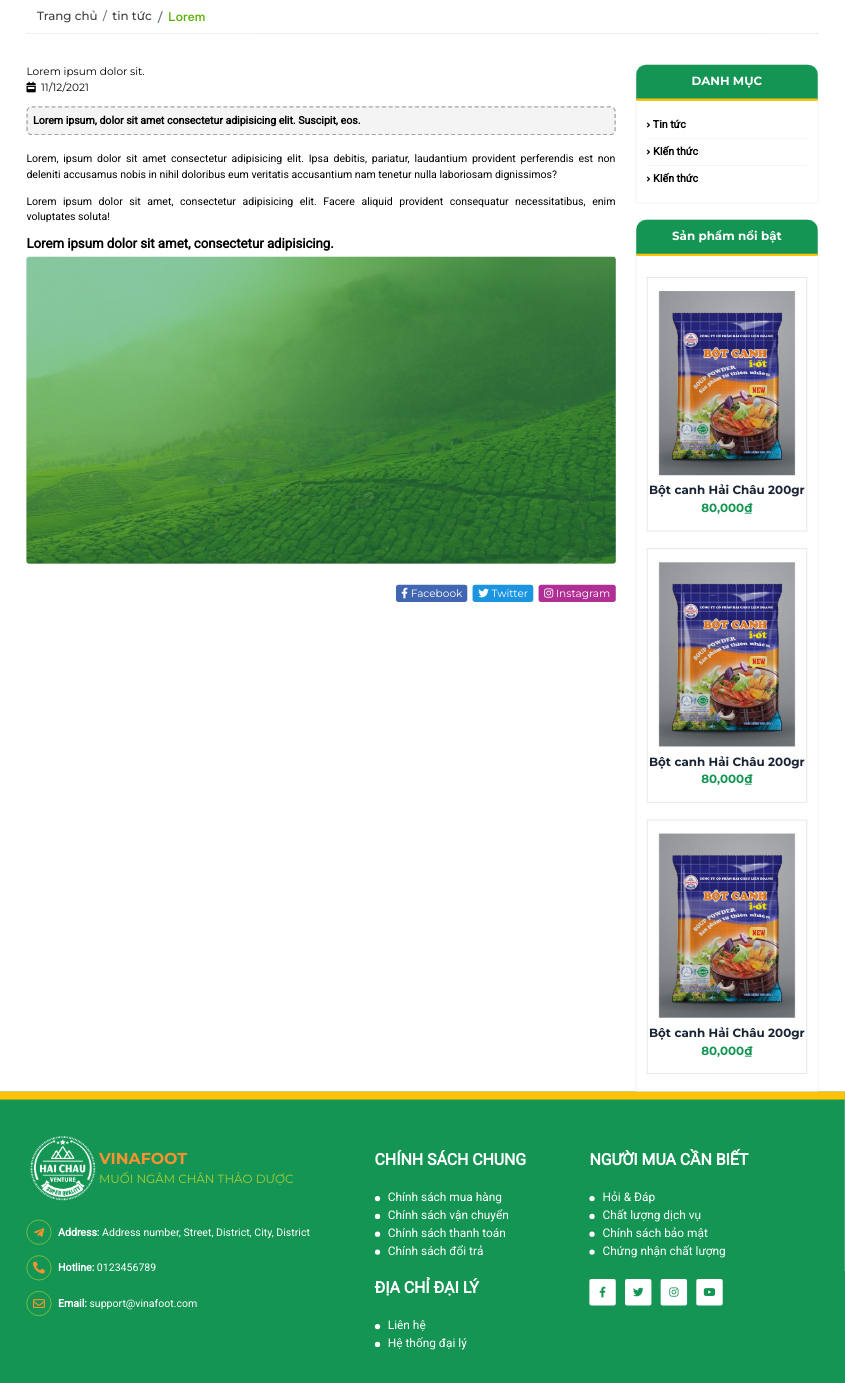
Repository: haianh12082001/VINAFOOT
Page: news-detail.html
These files come from the project's save history. The page is drawn as it stood at one moment and after the next save; the edit follows.
The browser window is 1280 px wide. The pictures show the whole page, at 66% of full size.
Some web libraries are served in a nearby version.

Above is the page before, as saved 2021-12-12 20:22:12.

### news-detail.html
<!DOCTYPE html>
<html lang="en">
    <head>
        <meta charset="UTF-8" />
        <meta http-equiv="X-UA-Compatible" content="IE=edge" />
        <meta name="viewport" content="width=device-width, initial-scale=1.0" />
        <link href="https://fonts.googleapis.com/css2?family=Montserrat:wght@300;400;500;700;900&display=swap" rel="stylesheet" />
        <link href="https://fonts.googleapis.com/css?family=Roboto" rel="stylesheet" />
        <link href="https://fonts.googleapis.com/css2?family=Be+Vietnam+Pro:wght@500&display=swap" rel="stylesheet" />
        <link rel="stylesheet" href="./assets/fonts/fontawesome-free-5.15.3/css/all.min.css" />
        <link
            rel="stylesheet"
            href="https://cdn.jsdelivr.net/npm/bootstrap@4.6.0/dist/css/bootstrap.min.css"
            integrity="sha384-B0vP5xmATw1+K9KRQjQERJvTumQW0nPEzvF6L/Z6nronJ3oUOFUFpCjEUQouq2+l"
            crossorigin="anonymous"
        />
        <link rel="stylesheet" type="text/css" href="https://cdn.jsdelivr.net/npm/slick-carousel@1.8.1/slick/slick.css" />
        <link rel="stylesheet" href="./assets/css/app.css" />
        <title>Document</title>
    </head>
    <body>
        <div class="box-breadcrumb">
            <div class="container">
                <ul class="breadcrumb">
                    <li class="breadcrumb-item"><a href="">Trang chủ</a></li>
                    <li class="breadcrumb-item"><a href="">tin tức</a></li>
                    <li class="breadcrumb-item active">Lorem</li>
                </ul>
            </div>
        </div>
        <section class="news-detail">
            <div class="container">
                <div class="row">
                    <div class="col-lg-9">
                        <div class="title">Lorem ipsum dolor sit.</div>
                        <div class="date mb-3">
                            <i class="fas fa-calendar-week mr-1"></i>
                            11/12/2021
                        </div>
                        <div class="sapo-detail mb-2">Lorem ipsum, dolor sit amet consectetur adipisicing elit. Suscipit, eos.</div>
                        <div class="content-detail py-3">
                            <p>
                                Lorem, ipsum dolor sit amet consectetur adipisicing elit. Ipsa debitis, pariatur, laudantium provident perferendis est non
                                deleniti accusamus nobis in nihil doloribus eum veritatis accusantium nam tenetur nulla laboriosam dignissimos?
                            </p>
                            <p>
                                Lorem ipsum dolor sit amet, consectetur adipisicing elit. Facere aliquid provident consequatur necessitatibus, enim voluptates
                                soluta!
                            </p>
                            <h2>
                                <strong>Lorem ipsum dolor sit amet, consectetur adipisicing.</strong>
                            </h2>
                            <p>
                                <img src="./assets/img/intro/Group 349.jpg" alt="" />
                            </p>
                        </div>
                        <ul class="share-social d-flex justify-content-end">
                            <li>
                                <button class="btn btn-fb">
                                    <i class="fab fa-facebook-f"></i>
                                    Facebook
                                </button>
                            </li>
                            <li>
                                <button class="btn btn-twitter">
                                    <i class="fab fa-twitter"></i>
                                    Twitter
                                </button>
                            </li>
                            <li>
                                <button class="btn btn-instagram">
                                    <i class="fab fa-instagram"></i>
                                    Instagram
                                </button>
                            </li>
                        </ul>
                    </div>
                    <div class="col-lg-3 mt-lg-0 mt-3">
                        <div class="box-side">
                            <div class="title">DANH MỤC</div>
                            <div class="body">
                                <ul class="menu-right">
                                    <li>
                                        <a href="">
                                            <i class="fas fa-angle-right"></i>
                                            Tin tức
                                        </a>
                                        <!-- <ul>
                                            <li>
                                                <a href="">
                                                    <i class="fas fa-arrow-right"></i>
                                                    Tin tức
                                                </a>
                                            </li>
                                        </ul> -->
                                    </li>
                                    <li>
                                        <a href="">
                                            <i class="fas fa-angle-right"></i>
                                            KIến thức
                                        </a>
                                    </li>
                                    <li>
                                        <a href="">
                                            <i class="fas fa-angle-right"></i>
                                            KIến thức
                                        </a>
                                    </li>
                                </ul>
                            </div>
                        </div>
                        <div class="box-side mt-lg-4 mt-3">
                            <div class="title">Sản phẩm nổi bật</div>
                            <div class="body">
                                <div class="row">
                                    <div class="mt-3 col-lg-12 col-6">
                                        <div class="product-item">
                                            <a href=""><img src="./assets/img/product/Rectangle 196.png" alt="" /></a>
                                            <div class="product-body">
                                                <a href=""> <div class="product-name">Bột canh Hải Châu 200gr</div></a>
                                                <div class="product-price">80,000₫</div>
                                            </div>
                                        </div>
                                    </div>
                                    <div class="mt-3 col-lg-12 col-6">
                                        <div class="product-item">
                                            <a href=""><img src="./assets/img/product/Rectangle 196.png" alt="" /></a>
                                            <div class="product-body">
                                                <a href=""> <div class="product-name">Bột canh Hải Châu 200gr</div></a>
                                                <div class="product-price">80,000₫</div>
                                            </div>
                                        </div>
                                    </div>
                                    <div class="mt-3 col-lg-12 col-6">
                                        <div class="product-item">
                                            <a href=""><img src="./assets/img/product/Rectangle 196.png" alt="" /></a>
                                            <div class="product-body">
                                                <a href=""> <div class="product-name">Bột canh Hải Châu 200gr</div></a>
                                                <div class="product-price">80,000₫</div>
                                            </div>
                                        </div>
                                    </div>
                                </div>
                            </div>
                        </div>
                    </div>
                </div>
            </div>
        </section>
        <div class="footer">
            <div class="line"></div>
            <div class="container">
                <div class="row py-5">
                    <div class="col-lg-5 col-12">
                        <div class="logo d-flex mb-lg-4">
                            <img src="./assets/img/logo-footer.png" alt="" />
                            <div class="d-flex flex-column justify-content-center">
                                <div class="company">vinafoot</div>
                                <div class="name">muối ngâm chân thảo dược</div>
                            </div>
                        </div>
                        <div class="d-flex flex-column">
                            <div class="item d-flex align-items-center mb-3">
                                <div class="icon"><i class="fab fa-telegram-plane"></i></div>
                                <span><b>Address:</b> Address number, Street, District, City, District</span>
                            </div>
                            <div class="item d-flex align-items-center mb-3">
                                <div class="icon"><i class="fas fa-phone-alt"></i></div>
                                <span><b>Hotline:</b> 0123456789</span>
                            </div>
                            <div class="item d-flex align-items-center mb-3">
                                <div class="icon"><i class="far fa-envelope"></i></div>
                                <span><b>Email:</b> support@vinafoot.com</span>
                            </div>
                        </div>
                    </div>
                    <div class="col-lg-4 px-lg-5 col-sm-6 order-sm-2">
                        <div class="title">Người mua cần biết</div>
                        <ul class="list">
                            <li>Hỏi & Đáp</li>
                            <li>Chất lượng dịch vụ</li>
                            <li>Chính sách bảo mật</li>
                            <li>Chứng nhận chất lượng</li>
                        </ul>
                        <div class="social d-flex">
                            <a href="">
                                <div class="social-icon">
                                    <i class="fab fa-facebook-f"></i>
                                </div>
                            </a>
                            <a href="">
                                <div class="social-icon">
                                    <i class="fab fa-twitter"></i>
                                </div>
                            </a>
                            <a href="">
                                <div class="social-icon">
                                    <i class="fab fa-instagram"></i>
                                </div>
                            </a>
                            <a href="">
                                <div class="social-icon">
                                    <i class="fab fa-youtube"></i>
                                </div>
                            </a>
                        </div>
                    </div>
                    <div class="col-lg-3 col-sm-6 order-sm-1">
                        <div class="col-12">
                            <div class="title">Chính sách chung</div>
                            <ul class="list">
                                <li>Chính sách mua hàng</li>
                                <li>Chính sách vận chuyển</li>
                                <li>Chính sách thanh toán</li>
                                <li>Chính sách đổi trả</li>
                            </ul>
                        </div>
                        <div class="col-12">
                            <div class="title">ĐỊa chỉ đại lý</div>
                            <ul class="list">
                                <li>Liên hệ</li>
                                <li>Hệ thống đại lý</li>
                            </ul>
                        </div>
                    </div>
                </div>
            </div>
        </div>
        <script type="text/javascript" src="https://code.jquery.com/jquery-1.11.0.min.js"></script>
        <script type="text/javascript" src="https://code.jquery.com/jquery-migrate-1.2.1.min.js"></script>
        <script
            src="https://cdnjs.cloudflare.com/ajax/libs/bootstrap/4.6.0/js/bootstrap.min.js"
            integrity="sha512-XKa9Hemdy1Ui3KSGgJdgMyYlUg1gM+QhL6cnlyTe2qzMCYm4nAZ1PsVerQzTTXzonUR+dmswHqgJPuwCq1MaAg=="
            crossorigin="anonymous"
            referrerpolicy="no-referrer"
        ></script>
        <script type="text/javascript" src="https://cdn.jsdelivr.net/npm/slick-carousel@1.8.1/slick/slick.min.js"></script>
        <script src="./assets/js/main.js"></script>
    </body>
</html>

Loaded but not shown: assets/fonts/fontawesome-free-5.15.3/css/all.min.css (library); assets/js/main.js (103 lines, source omitted); assets/css/app.css (2055 lines, source omitted)

After the next save:
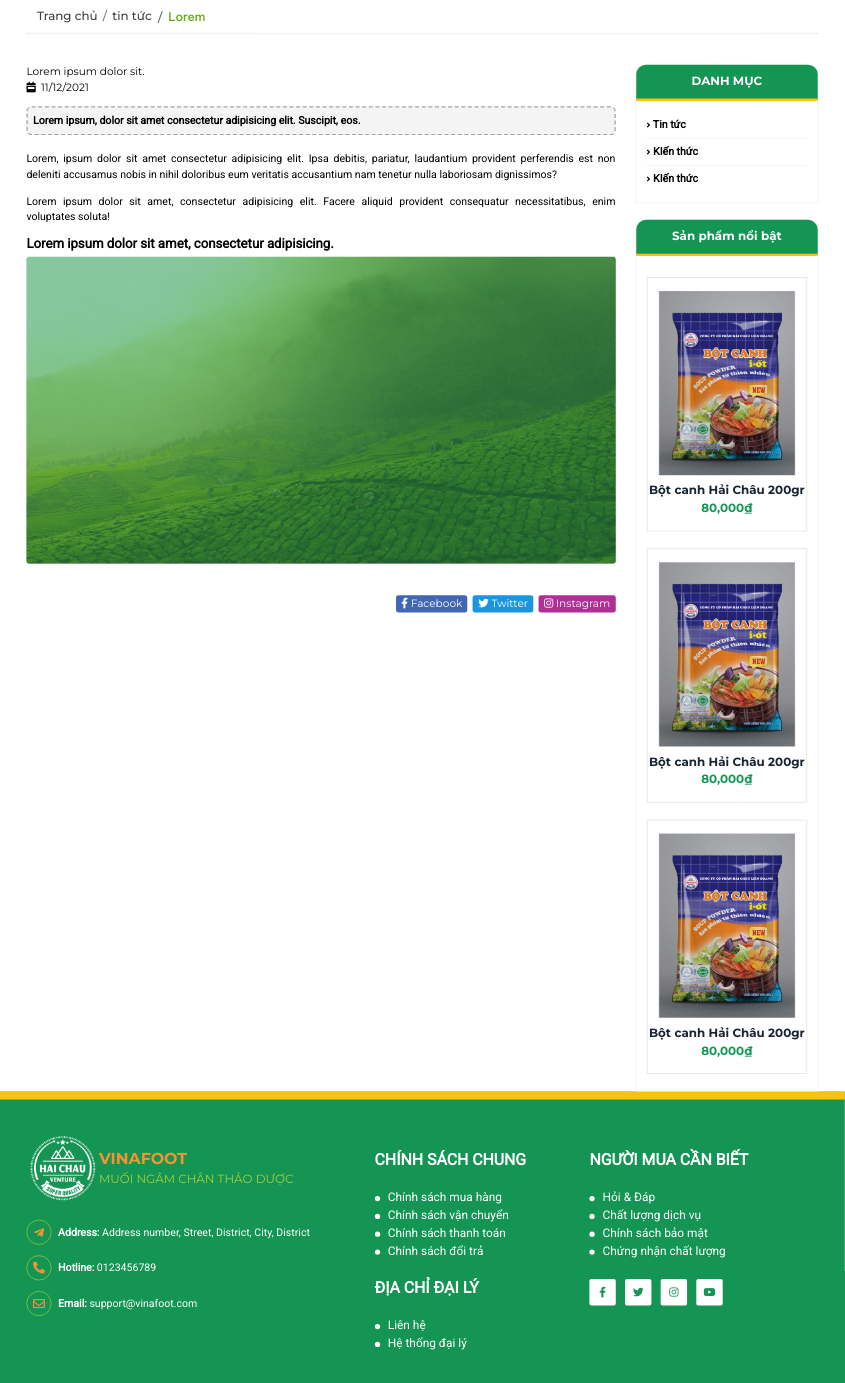
Saved 8 s later.
--- a/news-detail.html
+++ b/news-detail.html
@@ -54,7 +54,7 @@
                                 <img src="./assets/img/intro/Group 349.jpg" alt="" />
                             </p>
                         </div>
-                        <ul class="share-social d-flex justify-content-end">
+                        <ul class="share-social d-flex justify-content-end mt-3">
                             <li>
                                 <button class="btn btn-fb">
                                     <i class="fab fa-facebook-f"></i>
